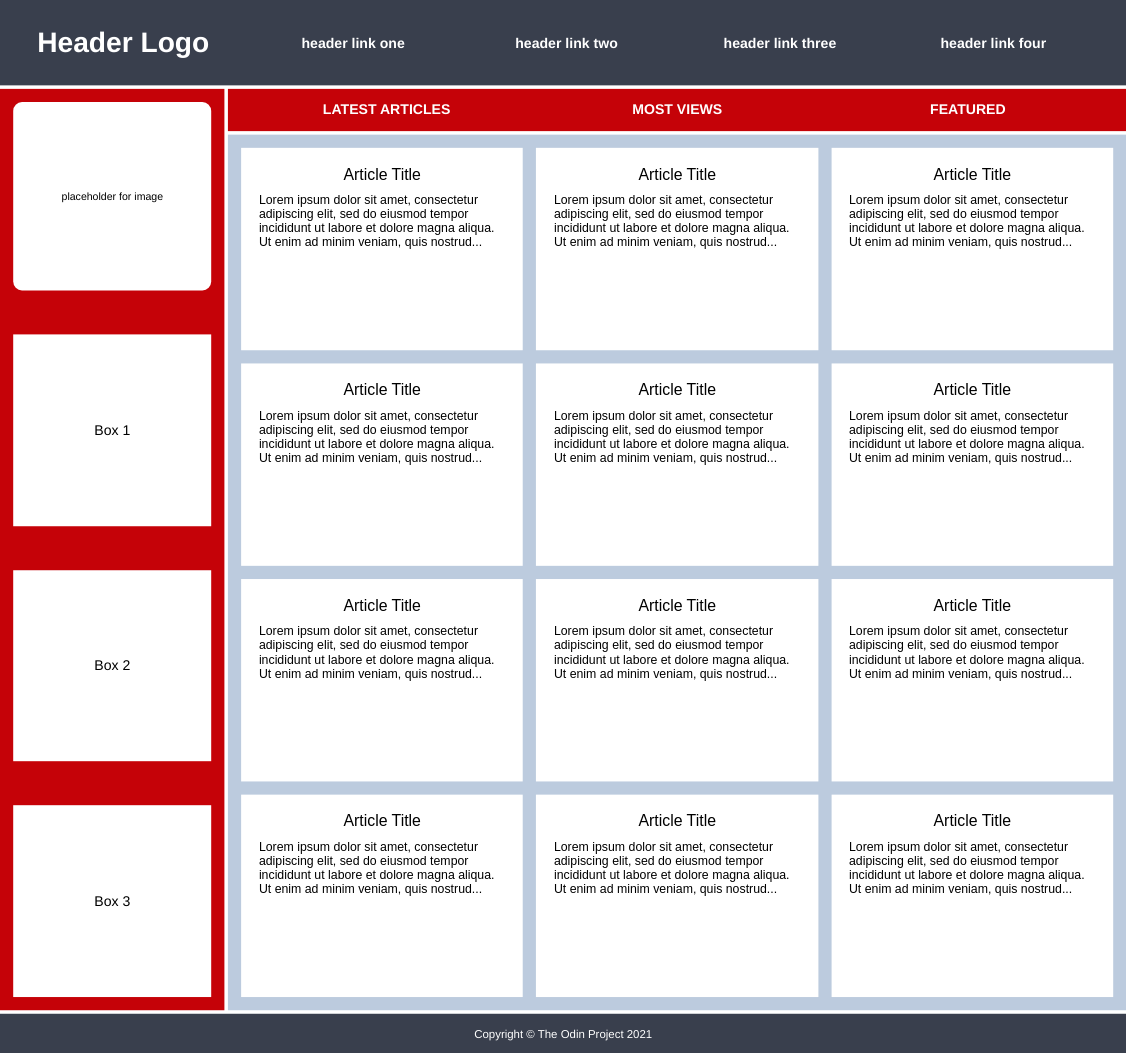
Repository: gkintu/css-exercises
Page: intermediate-html-css/advanced-grid/02-holy-grail-mockup/index.html
These files come from the project's save history. The page is drawn as it stood at one moment and after the next save; the edit follows.
The browser window is 1280 px wide. The pictures show the whole page, at 88% of full size.

Above is the page before, as saved 2025-03-04 11:20:24.

### intermediate-html-css/advanced-grid/02-holy-grail-mockup/index.html
<!DOCTYPE html>
<html lang="en">
  <head>
    <meta charset="UTF-8">
    <meta http-equiv="X-UA-Compatible" content="IE=edge">
    <meta name="viewport" content="width=device-width, initial-scale=1.0">
    <title>Holy Grail Mockup</title>
    <link rel="stylesheet" href="style.css">
  </head>
  <body>
    <div class="container">

      <div class="header">
        <div class="logo">Header Logo</div>
        <div class="menu">
          <ul>
            <li>header link one</li>
            <li>header link two</li>
            <li>header link three</li>
            <li>header link four</li>
          </ul>
        </div>
      </div>

      <div class="sidebar">
        <div class="photo">
          <p>placeholder for image</p>
        </div>
        <div class="side-content">Box 1
        </div>
        <div class="side-content">Box 2
        </div>
        <div class="side-content">Box 3
        </div>
      </div>

      <div class="nav">
        <ul>
          <li>Latest Articles</li>
          <li>Most Views</li>
          <li>Featured</li>
        </ul>
      </div>

      <div class="article">
        <div class="card">
          <p class="title">Article Title</p>
          <p>Lorem ipsum dolor sit amet, consectetur adipiscing elit, sed do eiusmod tempor incididunt ut labore et dolore magna aliqua. Ut enim ad minim veniam, quis nostrud...</p>
        </div>
        <div class="card">
          <p class="title">Article Title</p>
          <p>Lorem ipsum dolor sit amet, consectetur adipiscing elit, sed do eiusmod tempor incididunt ut labore et dolore magna aliqua. Ut enim ad minim veniam, quis nostrud...</p>
        </div>
        <div class="card">
          <p class="title">Article Title</p>
          <p>Lorem ipsum dolor sit amet, consectetur adipiscing elit, sed do eiusmod tempor incididunt ut labore et dolore magna aliqua. Ut enim ad minim veniam, quis nostrud...</p>
        </div>
        <div class="card">
          <p class="title">Article Title</p>
          <p>Lorem ipsum dolor sit amet, consectetur adipiscing elit, sed do eiusmod tempor incididunt ut labore et dolore magna aliqua. Ut enim ad minim veniam, quis nostrud...</p>
        </div>
        <div class="card">
          <p class="title">Article Title</p>
          <p>Lorem ipsum dolor sit amet, consectetur adipiscing elit, sed do eiusmod tempor incididunt ut labore et dolore magna aliqua. Ut enim ad minim veniam, quis nostrud...</p>
        </div>
        <div class="card">
          <p class="title">Article Title</p>
          <p>Lorem ipsum dolor sit amet, consectetur adipiscing elit, sed do eiusmod tempor incididunt ut labore et dolore magna aliqua. Ut enim ad minim veniam, quis nostrud...</p>
        </div>
        <div class="card">
          <p class="title">Article Title</p>
          <p>Lorem ipsum dolor sit amet, consectetur adipiscing elit, sed do eiusmod tempor incididunt ut labore et dolore magna aliqua. Ut enim ad minim veniam, quis nostrud...</p>
        </div>
        <div class="card">
          <p class="title">Article Title</p>
          <p>Lorem ipsum dolor sit amet, consectetur adipiscing elit, sed do eiusmod tempor incididunt ut labore et dolore magna aliqua. Ut enim ad minim veniam, quis nostrud...</p>
        </div>
        <div class="card">
          <p class="title">Article Title</p>
          <p>Lorem ipsum dolor sit amet, consectetur adipiscing elit, sed do eiusmod tempor incididunt ut labore et dolore magna aliqua. Ut enim ad minim veniam, quis nostrud...</p>
        </div>
        <div class="card">
          <p class="title">Article Title</p>
          <p>Lorem ipsum dolor sit amet, consectetur adipiscing elit, sed do eiusmod tempor incididunt ut labore et dolore magna aliqua. Ut enim ad minim veniam, quis nostrud...</p>
        </div>
        <div class="card">
          <p class="title">Article Title</p>
          <p>Lorem ipsum dolor sit amet, consectetur adipiscing elit, sed do eiusmod tempor incididunt ut labore et dolore magna aliqua. Ut enim ad minim veniam, quis nostrud...</p>
        </div>
        <div class="card">
          <p class="title">Article Title</p>
          <p>Lorem ipsum dolor sit amet, consectetur adipiscing elit, sed do eiusmod tempor incididunt ut labore et dolore magna aliqua. Ut enim ad minim veniam, quis nostrud...</p>
        </div>
      </div>

      <div class="footer">
        <p>Copyright © The Odin Project 2021</p>
      </div>

    </div>
  </body>
</html>

### intermediate-html-css/advanced-grid/02-holy-grail-mockup/style.css
* {
  margin: 0;
  padding: 0;
}

.container {
  display: grid;
  text-align: center;
  grid-template-columns: 1fr 4fr;
  gap: 4px;
}

.container div {
  padding: 15px;
  font-size: 32px;
  font-family: Helvetica;
  font-weight: bold;
  color: white;
}

.header {

  background-color: #393f4d;
  display: grid;
  grid-column: 1 / 3;
  grid-template-columns: 1fr 4fr;
  align-items: center;
  justify-items: stretch;
}

.menu {
  grid-column: 2 / 3;
}

.menu ul {
  display: grid;
  list-style-type: none;
  grid-template-columns: repeat(4, 1fr);

}



.menu ul,
.menu li {
  font-size: 16px;
}

.sidebar {
  background-color: #C50208;
  display:grid;
  gap: 50px;

  grid-column: 1 / 2;
  grid-row: 2/4;
}

.photo,
.side-content {
  display:grid;
  align-items: center;
}

.sidebar .photo {
  background-color: white;
  color: black;
  font-size: 12px;
  font-weight: normal;
  border-radius: 10px;

}


.sidebar .side-content {
  background-color: white;
  color: black;
  font-size: 16px;
  font-weight: normal;
}

.nav {

  background-color: #C50208;
  grid-column: 2 / 3;
  grid-row: 2;
  align-self: start;
}

.nav ul {
  display:grid;
  grid-template-columns: repeat(3, 1fr);

}

.nav ul li {
  font-size: 16px;
  text-transform: uppercase;
  list-style-type: none;
}

.article {

  background-color: #bccbde;
  grid-column: 2 / 3;
  grid-row: 3;
  display:grid;
  grid-template-columns: repeat(auto-fit, minmax(250px, 1fr));
  gap: 15px;

}

.card {
  height: 200px;

}

.article p {
  font-size: 18px;
  font-family: sans-serif;
  color: white;
  text-align: left;
  padding:2px;
}

.article .card {
  background-color: #FFFFFF;
  color: black;
  text-align: center;
}

.card p {
  color: black;
  font-weight: normal;
  font-size: 14px;
  padding: 5px;
}

.card .title {
  font-size: 18px;
  text-align: center;
}

.footer {


  background-color: #393f4d;
  grid-column: 1 / 3;
  grid-row: 4;
}

.footer p {
  font-size: 13px;
  font-weight: normal;
}

After the next save:
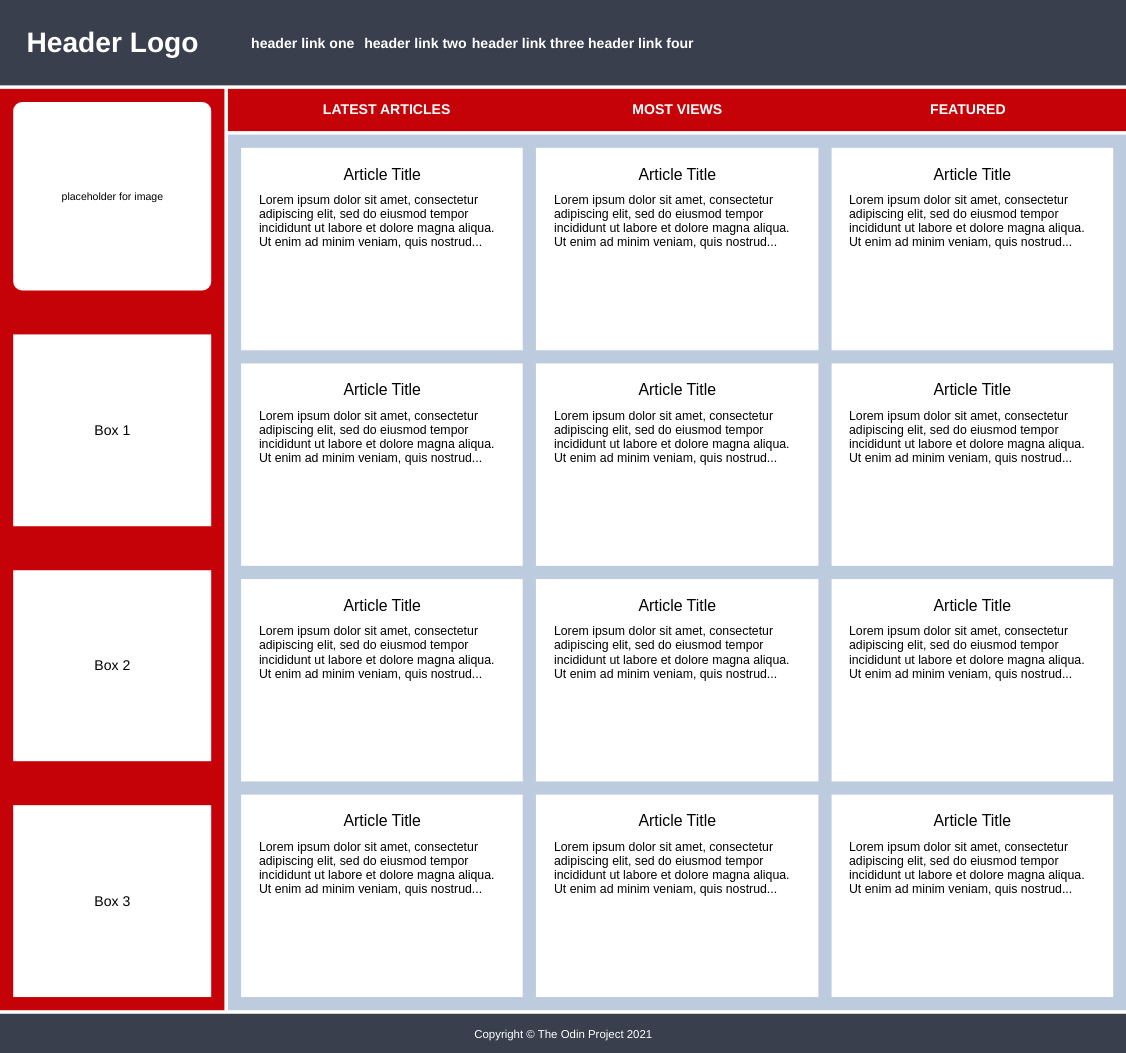
Saved 16 s later.
--- a/intermediate-html-css/advanced-grid/02-holy-grail-mockup/style.css
+++ b/intermediate-html-css/advanced-grid/02-holy-grail-mockup/style.css
@@ -25,7 +25,7 @@
   grid-column: 1 / 3;
   grid-template-columns: 1fr 4fr;
   align-items: center;
-  justify-items: stretch;
+  justify-items: start;
 }
 
 .menu {

After the save that followed:
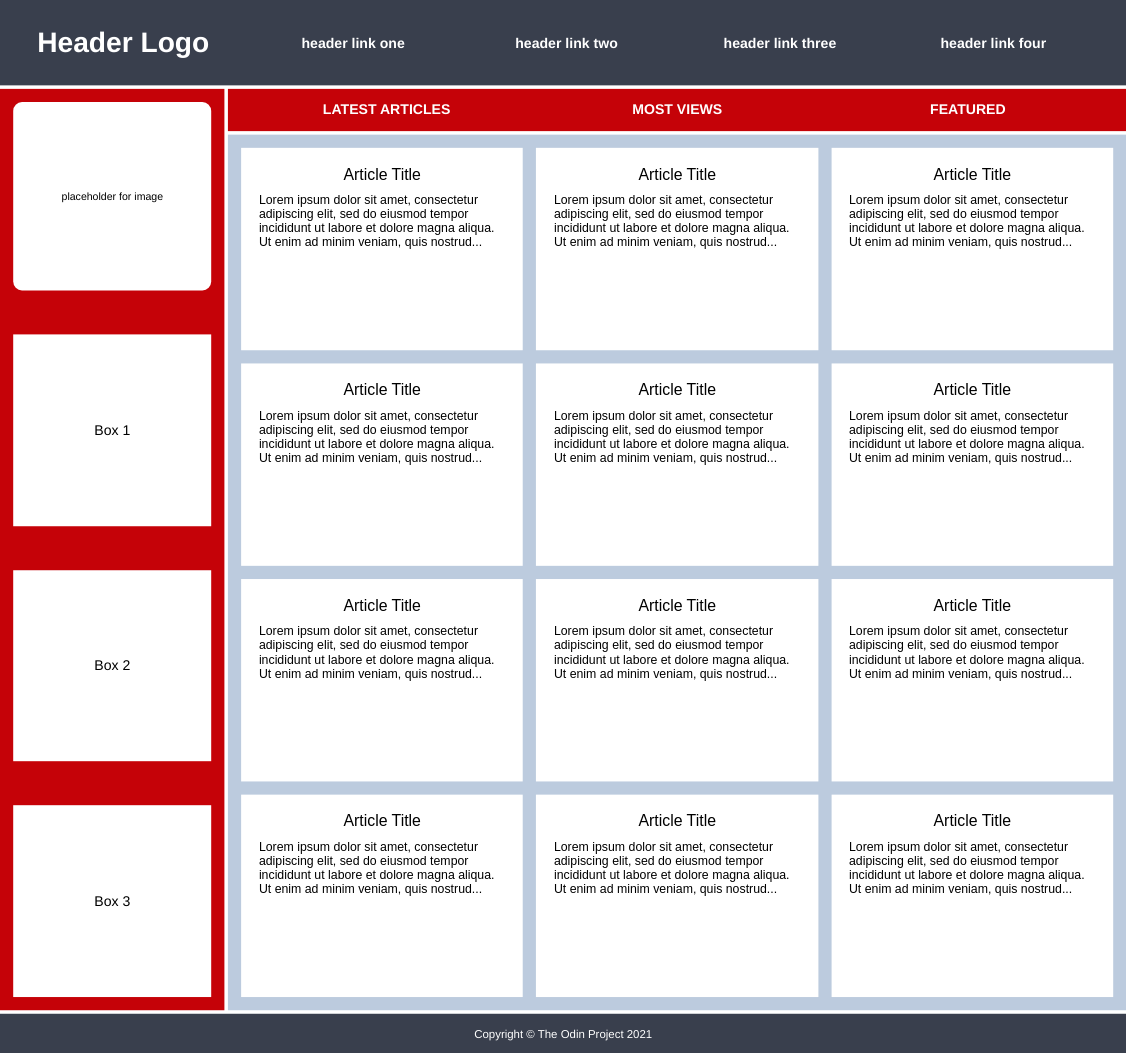
Saved 78 s later.
--- a/intermediate-html-css/advanced-grid/02-holy-grail-mockup/style.css
+++ b/intermediate-html-css/advanced-grid/02-holy-grail-mockup/style.css
@@ -25,7 +25,7 @@
   grid-column: 1 / 3;
   grid-template-columns: 1fr 4fr;
   align-items: center;
-  justify-items: start;
+
 }
 
 .menu {
